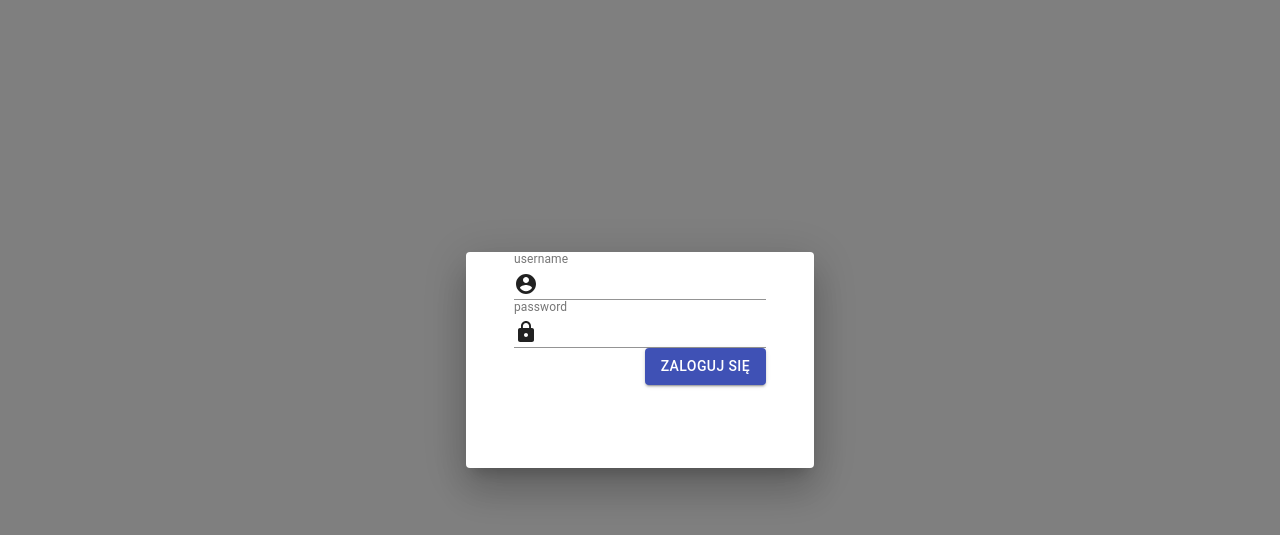
Repository: pgruca96/HappitsChanger
Page: /
The author's editor kept a copy of each file at every save. The page is drawn from the files as they stood at one save, then again after a run of saves.
The browser window is 1280 px wide. The pictures show the whole page.
The project was rebuilt for these pictures with package versions that can differ from the ones it lists, and the page was loaded fresh each time. Also part of the build but not shown: src/App.css.

Above is the page before, as saved 2020-10-23 23:39:00.

After the next 4 saves:
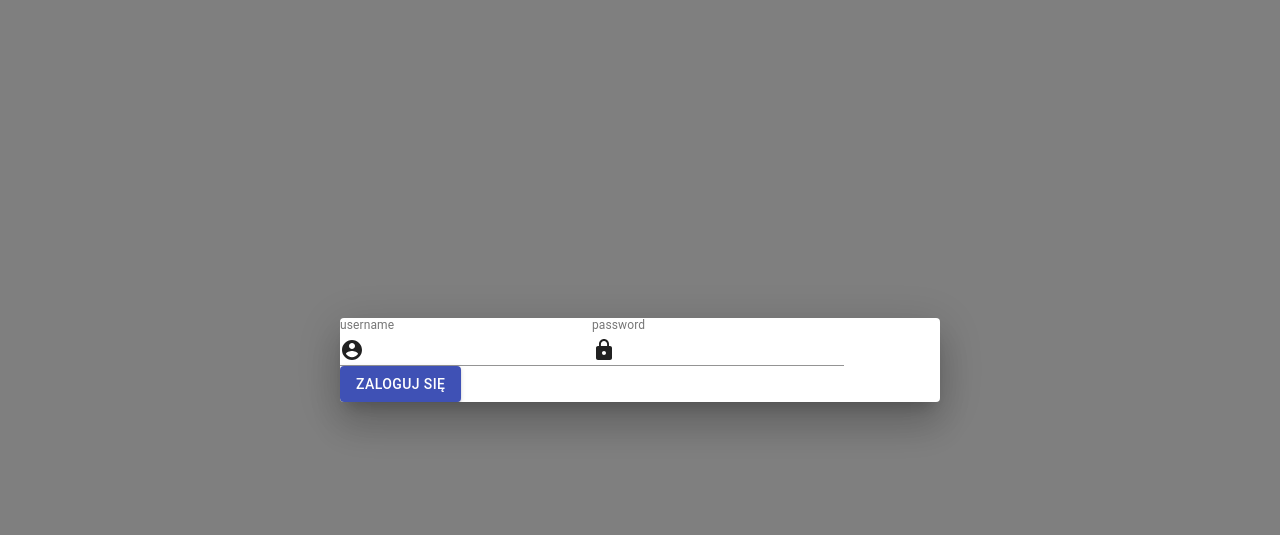
The 4 saves are shown as one change because 3 did not build or start.
The last was saved 13 min 44 s later.
--- a/src/components/index.js
+++ b/src/components/index.js
@@ -5,19 +5,19 @@ import AccountCircle from "@material-ui/icons/AccountCircle";
 import LockIcon from "@material-ui/icons/Lock";
 import Button from "@material-ui/core/Button";
 import Dialog from "@material-ui/core/Dialog";
-import { useStyles } from "../styles/Form";
+import { Form } from "../styles/Form";
 
 const LoginForm = () => {
-  const { form, margin } = useStyles();
+  // const { form, margin } = useStyles();
   return (
     <Dialog
       //   onClose={handleClose}
       aria-labelledby="simple-dialog-title"
       open={true}
     >
-      <form className={form}>
+      <Form>
         <TextField
-          className={margin}
+          // className={margin}
           id="username"
           label="username"
           placement="top"
@@ -30,7 +30,7 @@ const LoginForm = () => {
           }}
         />
         <TextField
-          className={margin}
+          // className={margin}
           id="password"
           label="password"
           InputProps={{
@@ -41,10 +41,10 @@ const LoginForm = () => {
             ),
           }}
         />
-        <Button variant="contained" color="primary" className={margin}>
+        <Button variant="contained" color="primary">
           Zaloguj się
         </Button>
-      </form>
+      </Form>
     </Dialog>
   );
 };
--- a/src/styles/Form.js
+++ b/src/styles/Form.js
@@ -1,14 +1,21 @@
-import { makeStyles } from "@material-ui/core/styles";
+// import { makeStyles } from "@material-ui/core/styles";
+import styled from "styled-components";
 
-export const useStyles = makeStyles((theme) => ({
-  form: {
+export const Form = styled.form`
     display: "flex",
     alignItems: "flex-end",
     flexDirection: "column",
     minHeight: "30vh",
-  },
-  margin: {
-    marginLeft: theme.spacing(6),
-    marginRight: theme.spacing(6),
-  },
-}));
+    &:only-child: {
+        margin: 10vh 15vw,
+    }
+`;
+// export const useStyles = makeStyles((theme) => ({
+//   form: {
+//   },
+//   margin: {
+//     marginLeft: theme.spacing(6),
+//     marginRight: theme.spacing(6),
+//     marginTop: theme.
+//   },
+// }));
